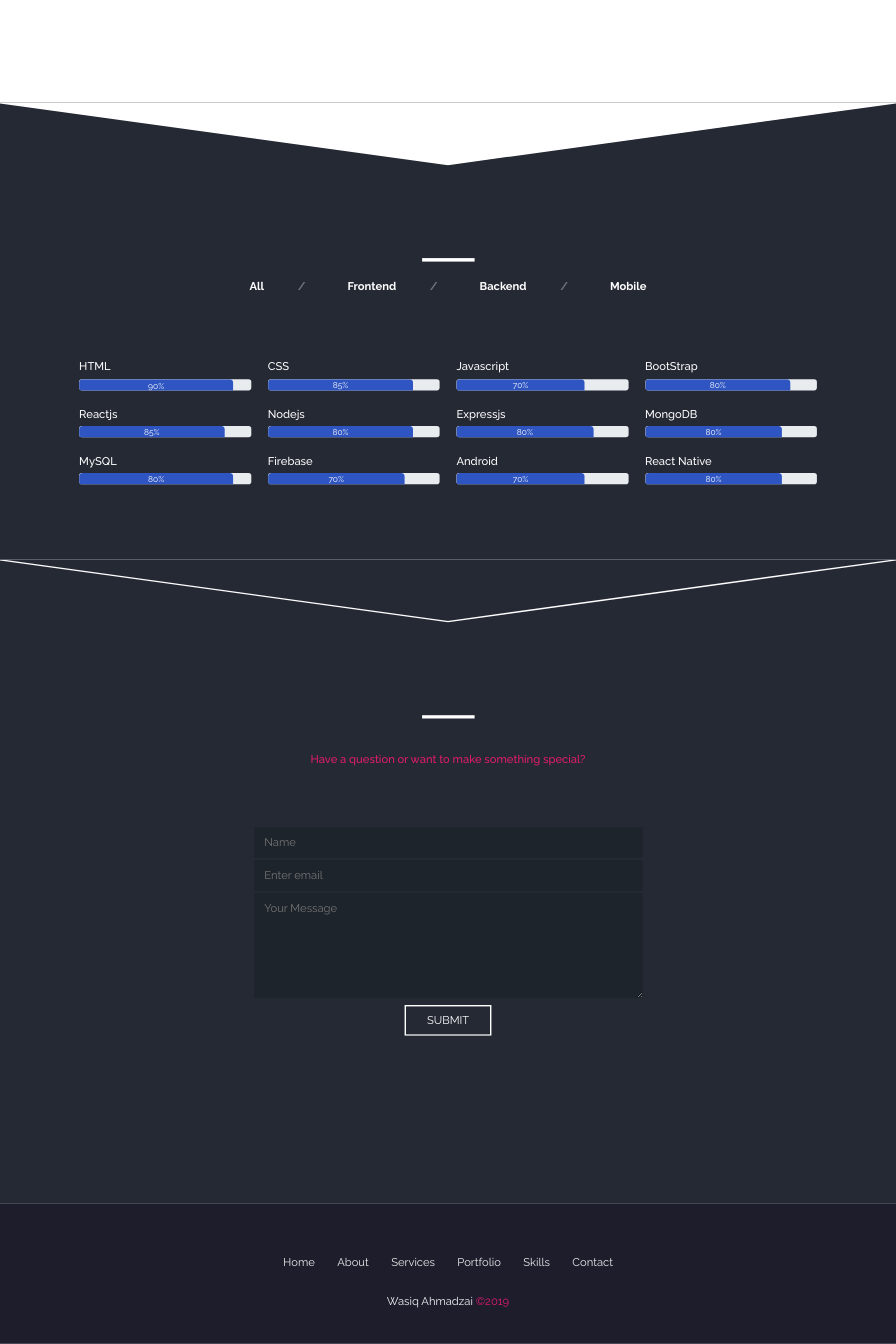
Repository: wasiqkhan/wasiqkhan.github.io
Page: index.html
These files come from the project's save history. The page is drawn as it stood at one moment and after the next save; the edit follows.
The browser window is 1280 px wide. The pictures show the part of the page from y = 3734 to 5654 px (the page is 5654 px tall before and 5582 px after), at 70% of full size.
Some web fonts or font styles are not loaded; a fallback is used.

Above is the page before, as saved 2020-10-27 20:46:10.
Not found: js/all.js
Not found: js/app.js
Not found: js/particles.js

After the next save:
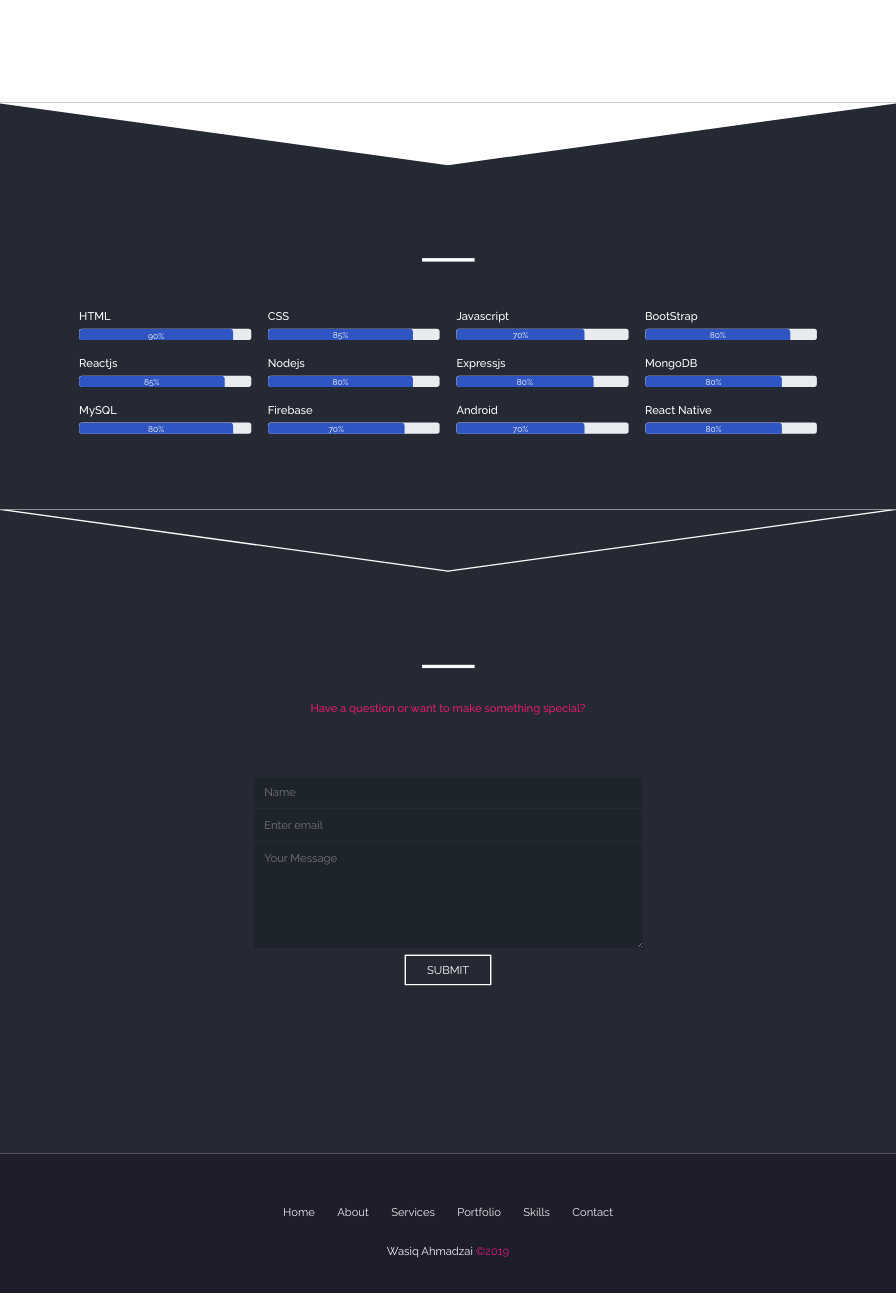
Saved 9 days later.
--- a/index.html
+++ b/index.html
@@ -314,7 +314,7 @@
       <div class="container-fluid">
         <h2 class="text-center m-heading" style="color: #fff">Skills</h2>
         <div class="line"></div>
-        <ul class="list-inline text-center font-weight-bold my-4">
+        <!-- <ul class="list-inline text-center font-weight-bold my-4">
             <li  class="list-inline-item gallery-list-item e" data-filter="all">All<span class="mx-5 text-muted">/</span></li>
           <li  class="list-inline-item gallery-list-item e" data-filter="frontend">Frontend<span class="mx-5 text-muted">/</span>
           </li>
@@ -324,7 +324,7 @@
           <li  class="list-inline-item gallery-list-item e" data-filter="android">Mobile
 
           </li>
-        </ul>
+        </ul> -->
         <div class="container">
             <div class="skill-items">
                 <div class="skill-item filter frontend">
